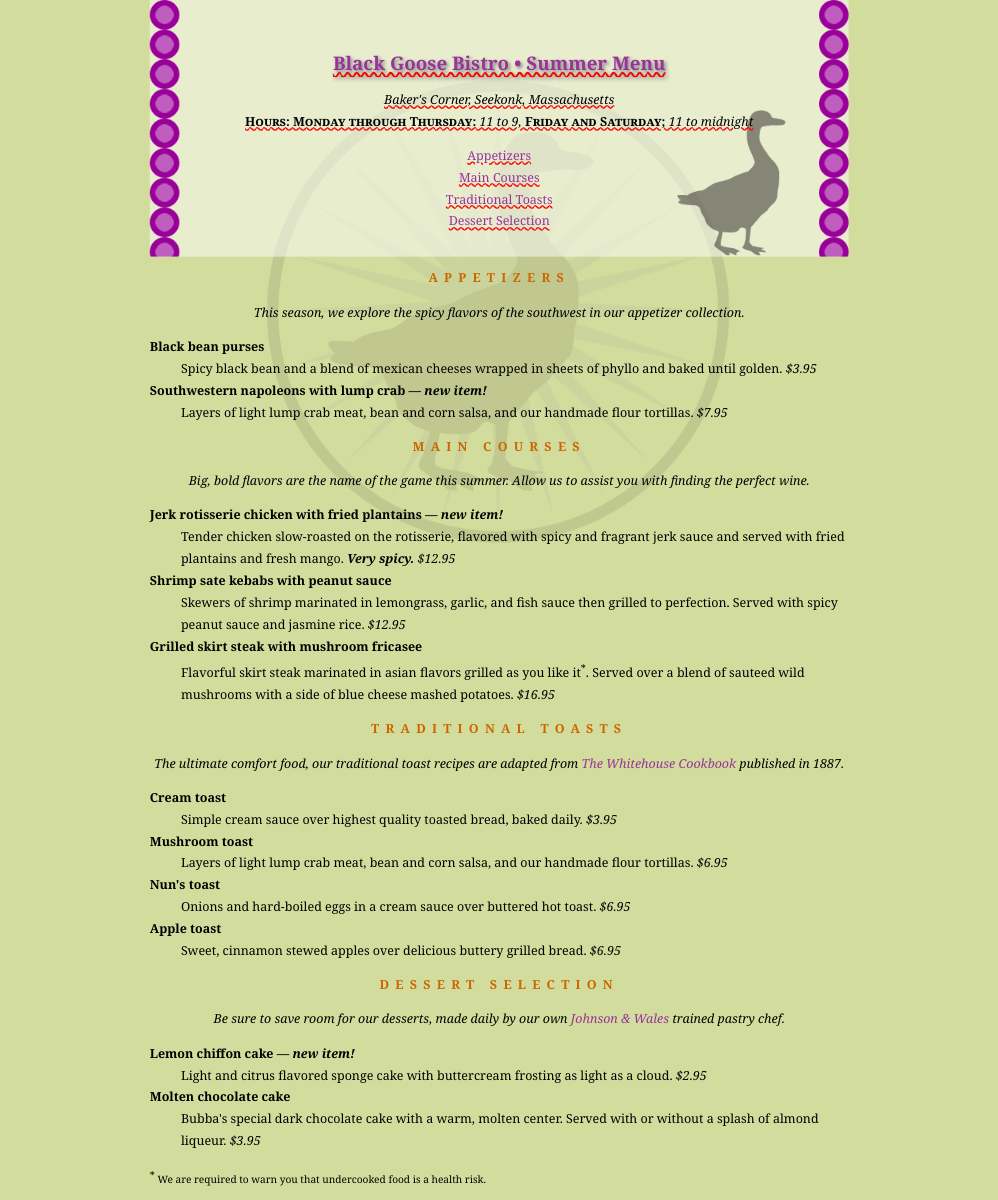
Repository: Colo-Codes/code-practice
Page: 02-css-practice-3.html
The author's editor kept a copy of each file at every save. The page is drawn from the files as they stood at one save, then again after the next save.
The browser window is 1280 px wide. The pictures show the whole page, at 78% of full size.
Backgrounds fixed to the window are drawn as part of the page. Some web fonts or font styles are not loaded; a fallback is used.

Above is the page before, as saved 2021-05-07 08:13:23.

### 02-css-practice-3.html
<!DOCTYPE html >
<html>

<head>
<meta charset="utf-8">
<title>Black Goose Bistro Summer Menu</title>
<link href='http://fonts.googleapis.com/css?family=Marko+One' rel='stylesheet' type='text/css'>
<style>
body {
  font-family: Georgia, serif;
  font-size: 100%;
  line-height: 175%;
  margin: 0 15% 0;
  /* background-color: #d2dc9d; */
  /* background-image: url(./assets/img/bullseye.png);
  background-position: center 200px; */
  /* background-image: url(./assets/img/blackgoose.png);
  background-repeat: no-repeat;
  background-position: center 100px;
  background-attachment: fixed; */
  background: url(./assets/img/blackgoose.png) no-repeat center 100px fixed #d2dc9d;
}
header {
  margin-top: 0;
  padding: 3em 1em 2em 1em;
  text-align: center;
  /* background-color: rgba(255, 255, 255, .5);
  background-image: url(./assets/img/purpledot.png);
  background-repeat: space no-repeat;
  background-position: center top; */
  /* background: url(./assets/img/purpledot.png) space no-repeat center top rgba(255, 255, 255, .5); */
  background: url(./assets/img/purpledot.png) center top repeat-x; /* Fallback */
  background:
    url(./assets/img/purpledot.png) left top repeat-y,
    url(./assets/img/purpledot.png) right top repeat-y,
    url(./assets/img/goose_shadow.png) 90% bottom no-repeat;
  background-color: rgba(255, 255, 255, .5);
  text-decoration: underline red wavy;
}

/* For link, the order is important */
a {
  text-decoration: none;
  color: #939;
}
a:visited {
  color: #937393;
}
a:focus {
  color: #c700f2;
  background-color: #fff;
}
a:hover {
  color: #c700f2;
  background-color: #fff;
}
a:active {
  color: #f0f;
  background-color: rgba(255, 255, 255, .5);
}


h1 {
  font: bold 1.5em Georgia, serif;
  text-shadow: .1em .1em .2em gray;
  color: #939;
}
h2 {
  font-size: 1em;
  text-transform: uppercase;
  letter-spacing: .5em;
  text-align: center;
  color: #c60;
}
dt {
  font-weight: bold;
}
strong {
  font-style: italic;
}
ul {
	list-style-type: none;
	margin: 0;
	padding: 0;
}
#info p {
  font-style: italic;
}
.price {
  font-family: Georgia, serif;
  font-style: italic;
}
p.warning, sup {
  font-size: small;
}
.label {
  font-weight: bold;
  font-variant: small-caps;
  font-style: normal;
}

h2 + p {
  text-align: center;
  font-style: italic;
}


</style>
</head>

<body>

<header>
<h1>Black Goose Bistro &bull; Summer Menu</h1>

<div id="info">
<p>Baker's Corner, Seekonk, Massachusetts<br>
<span class="label">Hours: Monday through Thursday:</span> 11 to 9, <span class="label">Friday and Saturday;</span> 11 to midnight</p>
<ul>
<li><a href="#appetizers">Appetizers</a></li>
<li><a href="#entrees">Main Courses</a></li>
<li><a href="#toast">Traditional Toasts</a></li>
<li><a href="#dessert">Dessert Selection</a></li>
</ul>
</div>
</header>

<section id="appetizers">
<h2>Appetizers</h2>
<p>This season, we explore the spicy flavors of the southwest in our appetizer collection.</p>

<dl>
<dt>Black bean purses</dt>
<dd>Spicy black bean and a blend of mexican cheeses wrapped in sheets of phyllo and baked until golden. <span class="price">$3.95</span></dd>

<dt class="newitem">Southwestern napoleons with lump crab &mdash; <strong>new item!</strong></dt>
<dd>Layers of light lump crab meat, bean and corn salsa, and our handmade flour tortillas. <span class="price">$7.95</span></dd>
</dl>
</section>

<section id="entrees">

<h2>Main courses</h2>
<p>Big, bold flavors are the name of the game this summer. Allow us to assist you with finding the perfect wine.</p>


<dl>

<dt class="newitem">Jerk rotisserie chicken with fried plantains &mdash; <strong>new item!</strong></dt>
<dd>Tender chicken slow-roasted on the rotisserie, flavored with spicy and fragrant jerk sauce and served with fried plantains and fresh mango. <strong>Very spicy.</strong> <span class="price">$12.95</span></dd>

<dt>Shrimp sate kebabs with peanut sauce</dt>
<dd>Skewers of shrimp marinated in lemongrass, garlic, and fish sauce then grilled to perfection. Served with spicy peanut sauce and jasmine rice. <span class="price">$12.95</span></dd>

<dt>Grilled skirt steak with mushroom fricasee</dt>
<dd>Flavorful skirt steak marinated in asian flavors grilled as you like it<sup>*</sup>. Served over a blend of sauteed wild mushrooms with a side of blue cheese mashed potatoes. <span class="price">$16.95</span></dd>
</dl>

</section>

<section id="toast">
<h2>Traditional Toasts</h2>
<p>The ultimate comfort food, our traditional toast recipes are adapted from <a href="http://www.gutenberg.org/files/13923/13923-h/13923-h.htm"><cite>The Whitehouse Cookbook</cite></a> published in 1887.</p>

<dl>
<dt>Cream toast</dt>
<dd>Simple cream sauce over highest quality toasted bread, baked daily. <span class="price">$3.95</span></dd>

<dt>Mushroom toast</dt>
<dd>Layers of light lump crab meat, bean and corn salsa, and our handmade flour tortillas. <span class="price">$6.95</span></dd>

<dt>Nun's toast</dt>
<dd>Onions and hard-boiled eggs in a cream sauce over buttered hot toast. <span class="price">$6.95</span></dd>

<dt>Apple toast</dt>
<dd>Sweet, cinnamon stewed apples over delicious buttery grilled bread. <span class="price">$6.95</span></dd>
</dl>
</section>

<section id="dessert">
<h2>Dessert Selection</h2>
<p>Be sure to save room for our desserts, made daily by our own <a href="http://www.jwu.edu/college.aspx?id=19510">Johnson & Wales</a> trained pastry chef.</p>

<dl>
<dt class="newitem">Lemon chiffon cake &mdash; <strong>new item!</strong></dt>
<dd>Light and citrus flavored sponge cake with buttercream frosting as light as a cloud. <span class="price">$2.95</span></dd>

<dt class="newitem">Molten chocolate cake</dt>
<dd>Bubba's special dark chocolate cake with a warm, molten center. Served with or without a splash of almond liqueur. <span class="price">$3.95</span></dd>
</dl>
</section>

<footer>
<p class="warning"><sup>*</sup> We are required to warn you that undercooked food is a health risk.</p>
</footer>

</body>
</html>

After the next save:
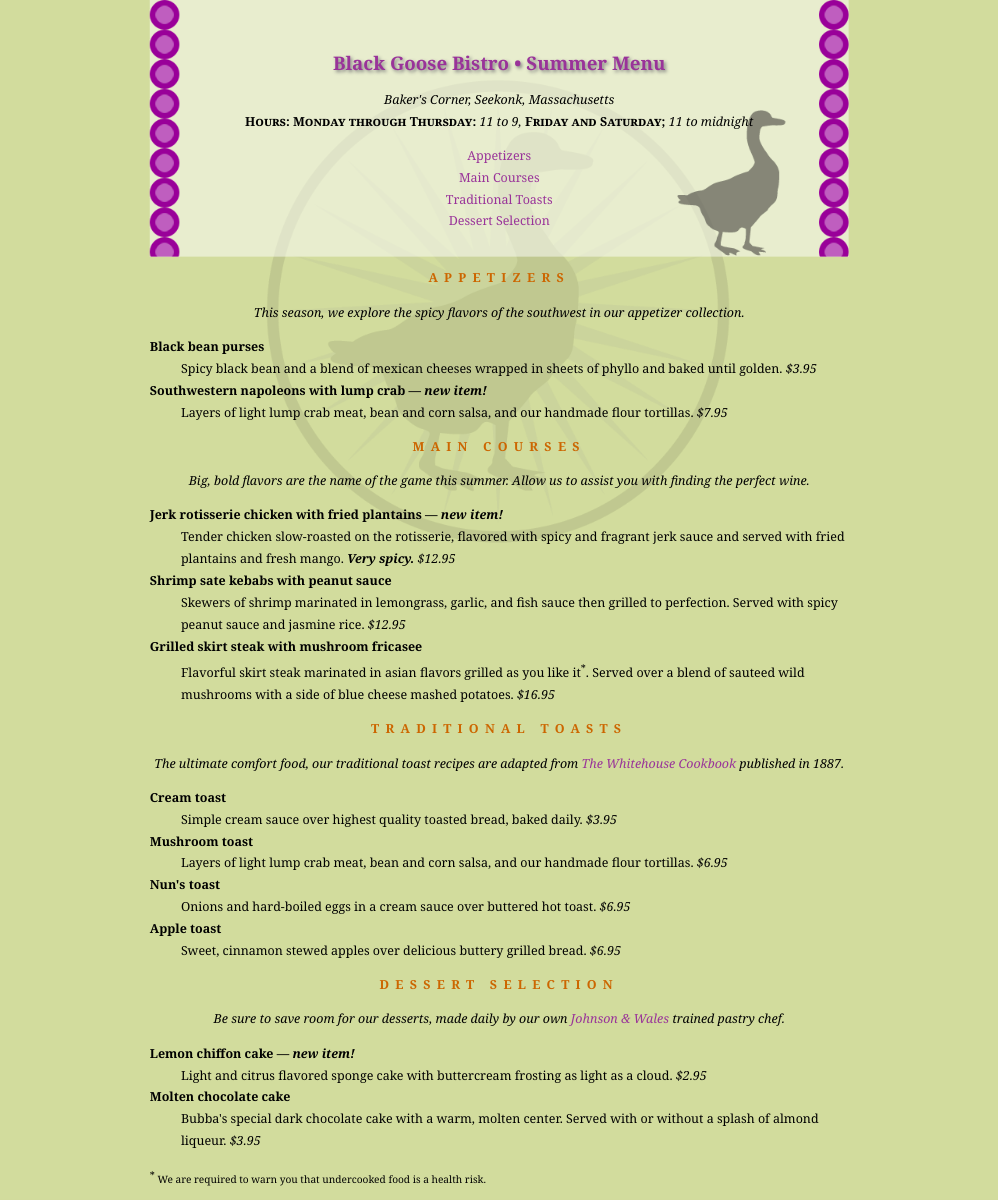
Saved 40 min 25 s later.
--- a/02-css-practice-3.html
+++ b/02-css-practice-3.html
@@ -35,7 +35,6 @@ header {
     url(./assets/img/purpledot.png) right top repeat-y,
     url(./assets/img/goose_shadow.png) 90% bottom no-repeat;
   background-color: rgba(255, 255, 255, .5);
-  text-decoration: underline red wavy;
 }
 
 /* For link, the order is important */
